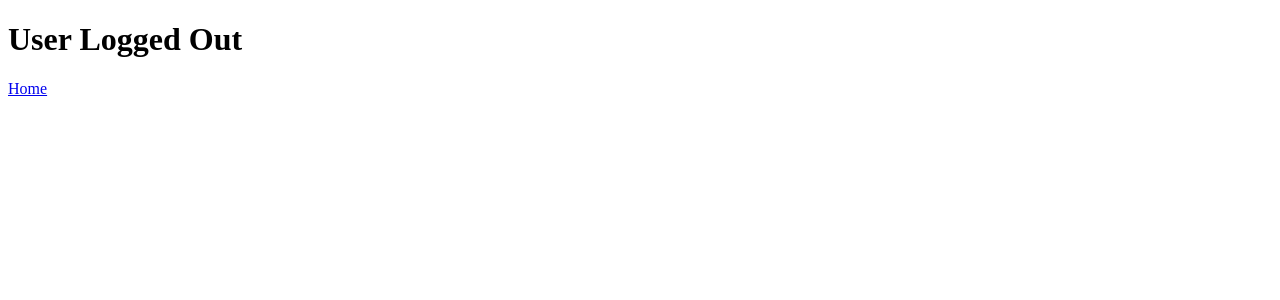
Repository: MUHAMMAD-SAQIB-2000/SpringBoot
Page: http://localhost/WebServiceRecordManagementSystem/logout.jsp
These files come from the project's save history. The page is drawn as it stood at one moment and after the next save; the edit follows.
The browser window is 1280 px wide. The pictures show the whole page.
The page is served by Tomcat 9. Other server files are loaded and not shown.

Above is the page before, as saved 2020-08-14 17:54:09.

### WebServiceRecordManagementSystem/src/main/webapp/logout.jsp
<%@ page language="java" contentType="text/html; charset=ISO-8859-1"
    pageEncoding="ISO-8859-1"%>
<!DOCTYPE html>
<html>
<head>
<meta charset="ISO-8859-1">
<title>Insert title here</title>
</head>
<body>
	<h1>User Logged Out</h1>
	<a href="/home">Home</a>
</body>
</html>

### WebServiceRecordManagementSystem/src/main/webapp/style.css
@charset "ISO-8859-1";

body {
	margin: 0px;
	padding: 0px;
	background-color:#1d1d1d;
}

ul {
	list-style-type: none;
	margin: 0;
	padding: 0;
	overflow: hidden;
	background-color: #333;
	position: fixed;
	top: 0;
	width: 100%;
}

li {
	float: left;
}

li a {
	display: block;
	color: white;
	text-align: center;
	padding: 16px 32px;
	text-decoration: none;
	font-size:16px;
}

li a:hover {
	background-color: #E1E8ED;
	color:#111;
}

.active {
	background-color:#008CBA;
	color:#fff;
	transition-duration: 0.4s;
	cursor: pointer;
}
.mainBody{
	padding: 20px 20px;
	margin-top:30px;
}

.h {
	color: #eff4ff;
	text-align: center;
	text-decoration: underline;
}
h2,h3,h4,h5{
	color: #E1E8ED;
}
table, th, td {
	background-color: #E1E8ED;
	color: #111;
	text-align: center;
	border: 2px solid #008CBA;
	margin: 10px;
	padding: 5px;
}

th:hover, td:hover {
	border: 2px solid #111;
	background-color: #008CBA;
	color: white;
	transition-duration: 0.4s;
	cursor: pointer;
}

.tableCSS {
	background-color: #E1E8ED;
	color: #111;
	margin-top:5%;
	margin-left:20%;
}

.button {
	border: none;
	color: white;
	padding: 8px 24px;
	text-align: center;
	text-decoration: none;
	display: inline-block;
	font-size: 12px;
	margin: 4px 2px;
	transition-duration: 0.4s;
	cursor: pointer;
}

.button2 {
	background-color: #E1E8ED;
	color: black;
	border: 2px solid #008CBA;
}

.button2:hover {
	background-color: #008CBA;
	color: white;
}

.form {
	text-align: left;
	margin-left: 50px;
}

form {
	width: 100%;
	padding: 12px 20px;
	margin: 8px 0;
	box-sizing: border-box;
}

.title {
	font-size: 25px;
	color: #eff4ff;
}
.para{
	font-size: 14px;
	color: #eff4ff;
}
select {
  width: 20%;
  padding: 12px 16px;
  border: none;
  border-radius: 4px;
  background-color: #f1f1f1;
}
.inputForm {
	width: 30%;
	padding: 10px 18px;
	margin: 6px 0;
	box-sizing: border-box;
	background-color: #F7F7F7;
	color: #111;
	border: 2px solid #00aba9;
  	border-radius: 4px;
}
.inputForm:focus {
  border: 3px solid #555;
}
radiobutton {
	size: 10px;
}

option:hover {
	background-color: #008CBA;
	color: white;
}

a {
	text-decoration: none;
	color: #111;
}

a:hover {
	color: #fff;
	font-size: 16px;
}
.foter{
	background-color: #111;
	color:#fff;
	font-size:20px;
}
.loginButton{
	width: 30%;
	padding: 10px 18px;
	margin: 6px 0;
	box-sizing: border-box;
}

After the next save:
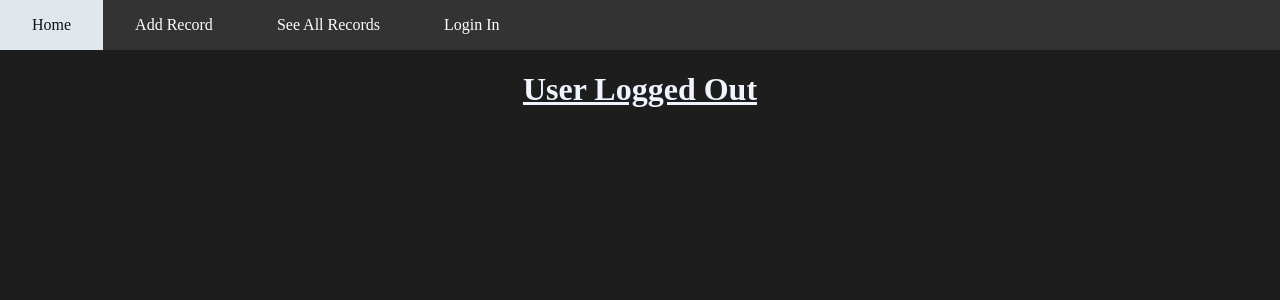
Saved 3 min 39 s later.
--- a/WebServiceRecordManagementSystem/src/main/webapp/logout.jsp
+++ b/WebServiceRecordManagementSystem/src/main/webapp/logout.jsp
@@ -5,9 +5,20 @@
 <head>
 <meta charset="ISO-8859-1">
 <title>Insert title here</title>
+<link rel="stylesheet" href="style.css">
 </head>
 <body>
-	<h1>User Logged Out</h1>
-	<a href="/home">Home</a>
+	<div>
+		<ul>
+			<li><a class="active" onclick="window.location.href = '${pageContext.request.contextPath}/home'">Home</a></li>
+			<li><a onclick="window.location.href = '${pageContext.request.contextPath}/addCustomerForm'">Add Record</a></li>
+			<li><a onclick="window.location.href = '${pageContext.request.contextPath}/displayAllCustomers'">See All Records</a></li>
+			<li><a onclick="window.location.href = '${pageContext.request.contextPath}/login'">Login In</a></li>
+		</ul>
+	</div>
+	<div class="mainBody">
+		<h1 class="h">User Logged Out</h1>
+	</div>
+
 </body>
 </html>
